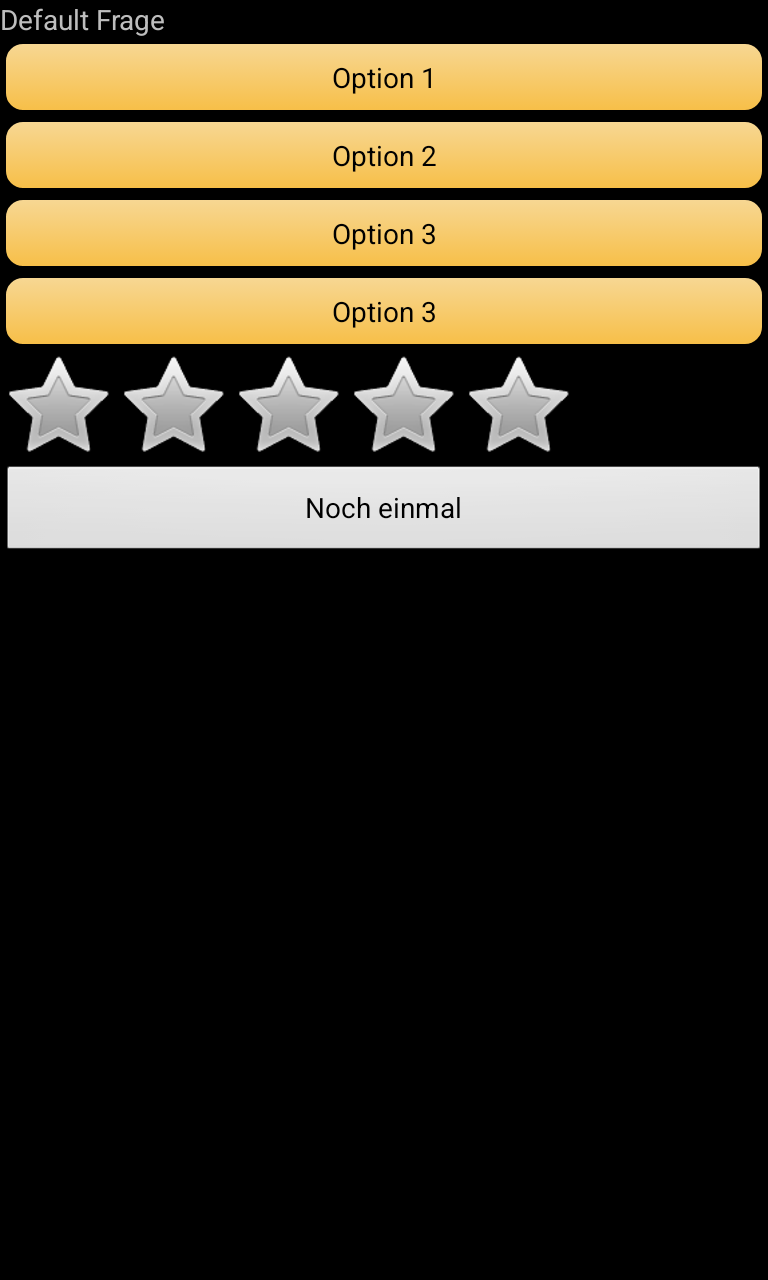
Repository: rueckemann/WWM
Layout: WWM/res/layout/main.xml
These files come from the project's save history. The layout is drawn as it stood at one moment and after the next save; the edit follows.
It is drawn on a 768 x 1280 px phone screen (xhdpi) without system bars, with theme android:Theme.Black; the app's code is not run.

Above is the layout before, as saved 2012-02-20 20:54:36.

### WWM/res/layout/main.xml
<?xml version="1.0" encoding="utf-8"?>

<LinearLayout xmlns:android="http://schemas.android.com/apk/res/android"
	    android:id="@+id/Layout1"
	    android:layout_width="fill_parent"
	    android:layout_height="fill_parent"
	    android:orientation="vertical" >


    <TextView
        android:id="@+id/tvQuestion"
        android:layout_width="fill_parent"
        android:layout_height="wrap_content"
        android:text="@string/frage" />

		<Button
            android:id="@+id/btOption1"
            android:layout_width="fill_parent"
            android:layout_height="wrap_content"
            android:background="@drawable/button_selector"
            android:paddingTop="10dp"
            android:text="@string/option1" />
    <Button
        android:id="@+id/btOption2"
        android:layout_width="fill_parent"
        android:layout_height="wrap_content"
        android:background="@drawable/button_selector"
        android:paddingTop="10dp"
        android:text="@string/option2"  />

    <Button
        android:id="@+id/btOption3"
        android:layout_width="fill_parent"
        android:layout_height="wrap_content"
        android:background="@drawable/button_selector"
        android:text="@string/option3" />


    <Button
        android:id="@+id/btOption4"
        android:layout_width="fill_parent"
        android:layout_height="wrap_content"
        android:background="@drawable/button_selector"
        android:text="@string/option4" />

 <RatingBar
        android:id="@+id/ratingBar1"
        android:layout_width="wrap_content"
        android:layout_height="wrap_content"
        android:stepSize="1"
        android:numStars="5" />

    <Button
        android:id="@+id/btRetry"
        android:layout_width="fill_parent"
        android:layout_height="wrap_content"
        android:text="@string/retry" />

</LinearLayout>

### WWM/res/values/strings.xml
<?xml version="1.0" encoding="utf-8"?>
<resources>

    <string name="app_name">Wer wird Millionär?</string>

    <string name="frage">Default Frage</string>
    <string name="stufe">Stufe 1</string>
    <string name="option1">Option 1</string>
    <string name="option2">Option 2</string>
    <string name="option3">Option 3</string>
    <string name="option4">Option 3</string>

    <string name="retry">Noch einmal</string>
</resources>

### WWM/res/drawable-hdpi/button_selector.xml
<?xml version="1.0" encoding="UTF-8"?>

<selector
    xmlns:android="http://schemas.android.com/apk/res/android">

    <item android:state_pressed="true" >
        <shape>
            <gradient
                android:startColor="@color/blue"
                android:endColor="@color/blue"
                android:angle="270" />
            <stroke
                android:width="3dp"
                android:color="@color/grey" />
            <corners
                android:radius="3dp" />
            <padding
                android:left="10dp"
                android:top="10dp"
                android:right="10dp"
                android:bottom="10dp" />
        </shape>
    </item>

    <item android:state_focused="true" >
        <shape>
            <gradient
                android:endColor="@color/orange4"
                android:startColor="@color/orange5"
                android:angle="270" />
            <stroke
                android:width="3dp"
                android:color="@color/grey05" />
            <corners
                android:radius="3dp" />
            <padding
                android:left="10dp"
                android:top="10dp"
                android:right="10dp"
                android:bottom="10dp" />
        </shape>
    </item>

    <item>
        <shape>
            <gradient
                android:endColor="@color/orange4"
                android:startColor="@color/orange5"
                android:angle="270" />
            <stroke
                android:width="3dp"
                android:color="@color/black" />
            <corners
                android:radius="10dp" />
            <padding
                android:left="10dp"
                android:top="10dp"
                android:right="10dp"
                android:bottom="10dp" />
        </shape>
    </item>
</selector>

### WWM/res/values/colors.xml
<?xml version="1.0" encoding="utf-8"?>
<resources>
     <color name="black">#000</color>
     <color name="blue">#00f</color>
     <color name="red">#f00</color>
     <color name="grey">#f00</color>
     <color name="yellow1">#F9E60E</color>
	   <color name="yellow2">#F9F89D</color>
	   <color name="orange4">#F7BE45</color>
	   <color name="orange5">#F7D896</color>
	   <color name="blue2">#19FCDA</color>
	   <color name="blue25">#D9F7F2</color>
	   <color name="grey05">#ACA899</color>
	   <color name="white1">#FFFFFF</color>
	   <color name="white2">#DDDDDD</color>

     <color name="titlebackgroundcolor">#3232CD</color>
     <color name="backgroundcolor">#3232CD</color>
     <color name="titletextcolor">#FFFF00</color>

</resources>

After the next save:
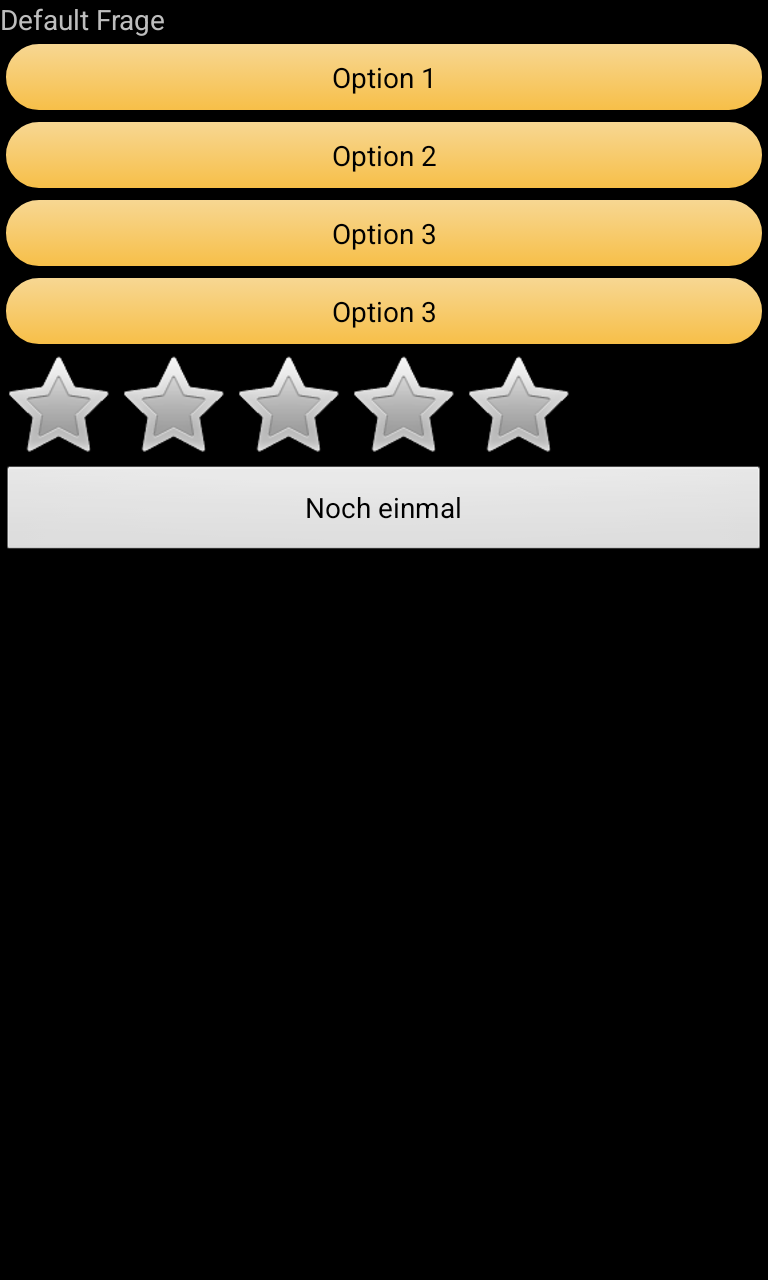
Saved 17 s later.
--- a/WWM/res/drawable-hdpi/button_selector.xml
+++ b/WWM/res/drawable-hdpi/button_selector.xml
@@ -51,7 +51,7 @@
                 android:width="3dp"
                 android:color="@color/black" />
             <corners
-                android:radius="10dp" />
+                android:radius="20dp" />
             <padding
                 android:left="10dp"
                 android:top="10dp"
